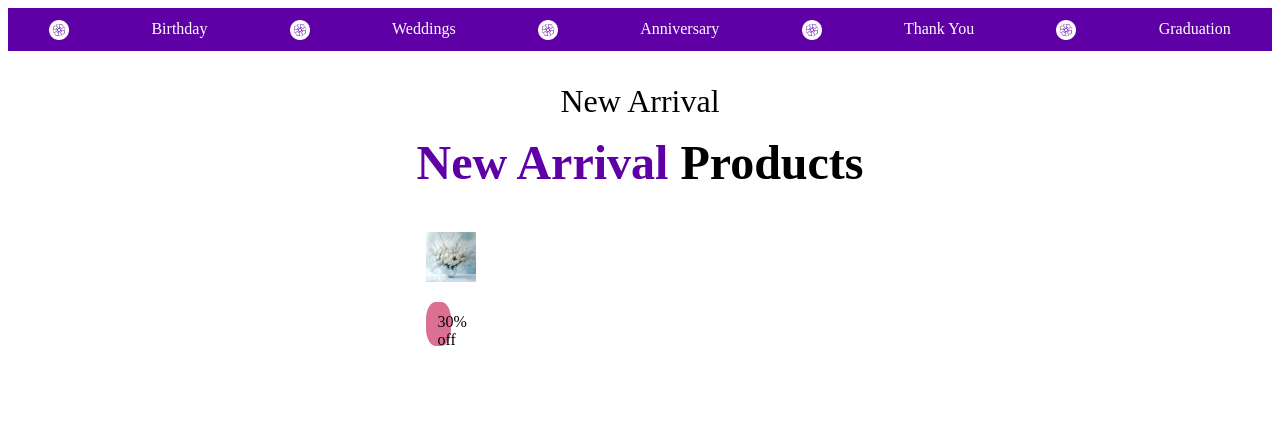
Repository: KolawoleTemilade/classroom-learning
Page: newarrival/index.html
An editor plug-in stored every save of this project. The page is shown before and after a run of saves, followed by the edit.
The browser window is 1280 px wide. The pictures show the whole page.

Above is the page before, as saved 2025-10-01 18:25:55.

After the next 2 saves:
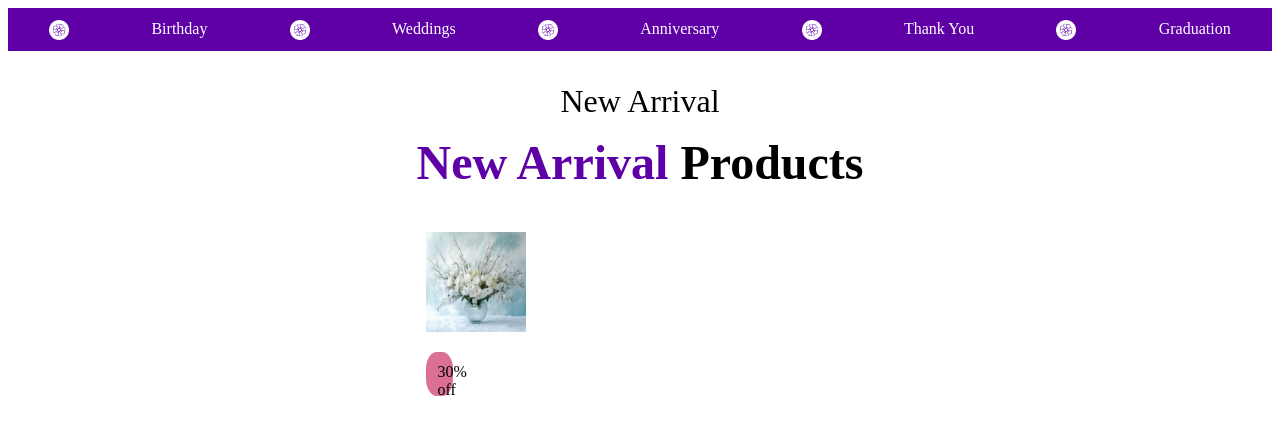
The 2 saves are shown as one change because they came seconds apart.
The last was saved 14 s later.
--- a/newarrival/index.html
+++ b/newarrival/index.html
@@ -57,7 +57,7 @@
         <div class="new-arrival-product-card">
           <div class="product-card">
             <div class="img-sect">
-              <img src="./images/new-arrival/flower1.png" alt="flower1" width="50" height="50" />
+              <img src="./images/new-arrival/flower1.png" alt="flower1" width="100" height="100" />
               <div class="absolute-container">
                 <p class="slash">30% off</p>
               </div>
